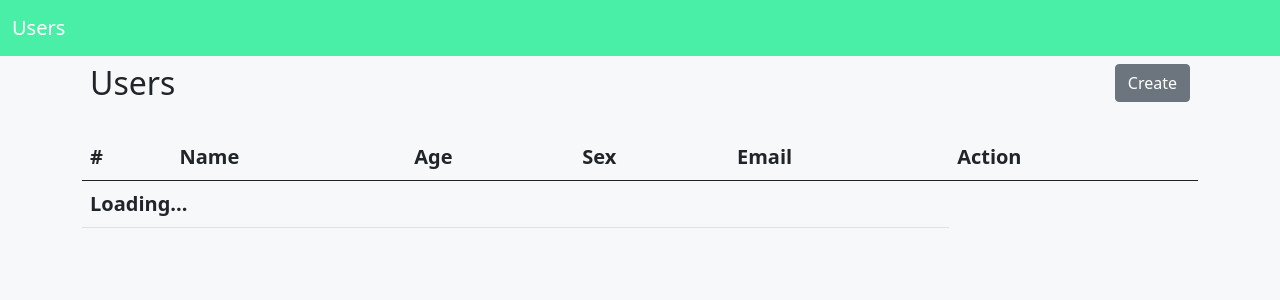
Repository: carla-seltenreich/bookstore
Page: front/book.html
The author's editor kept a copy of each file at every save. The page is drawn from the files as they stood at one save, then again after the next save.
The browser window is 1280 px wide. The pictures show the whole page.

Above is the page before, as saved 2022-09-05 21:25:37.

After the next save:
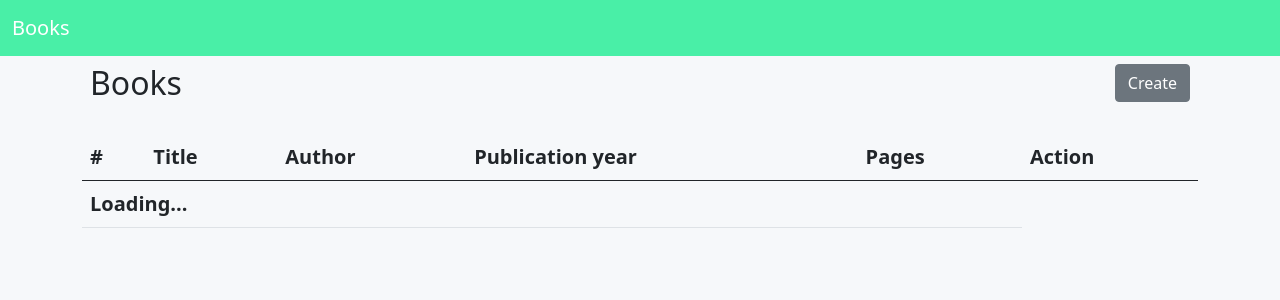
Saved 6 min 44 s later.
--- a/front/book.html
+++ b/front/book.html
@@ -18,17 +18,17 @@
 
     <nav class="navbar navbar-dark bg-mynav">
         <div class="container-fluid">
-            <a class="navbar-brand navbar-brand--black" href="#">Users</a>
+            <a class="navbar-brand navbar-brand--black" href="#">Books</a>
         </div>
     </nav>
 
     <div class="container">
         <div class="d-flex bd-highlight mb-3">
             <div class="me-auto p-2 bd-highlight">
-                <h2>Users
+                <h2>Books
             </div>
             <div class="p-2 bd-highlight">
-                <button type="button" class="btn btn-secondary" onclick="showUserCreateBox()">Create</button>
+                <button type="button" class="btn btn-secondary" onclick="showBookCreateBox()">Create</button>
             </div>
         </div>
 
@@ -37,10 +37,10 @@
                 <thead>
                     <tr>
                         <th scope="col">#</th>
-                        <th scope="col">Name</th>
-                        <th scope="col">Age</th>
-                        <th scope="col">Sex</th>
-                        <th scope="col">Email</th>
+                        <th scope="col">Title</th>
+                        <th scope="col">Author</th>
+                        <th scope="col">Publication year</th>
+                        <th scope="col">Pages</th>
                         <th scope="col">Action</th>
                     </tr>
                 </thead>
